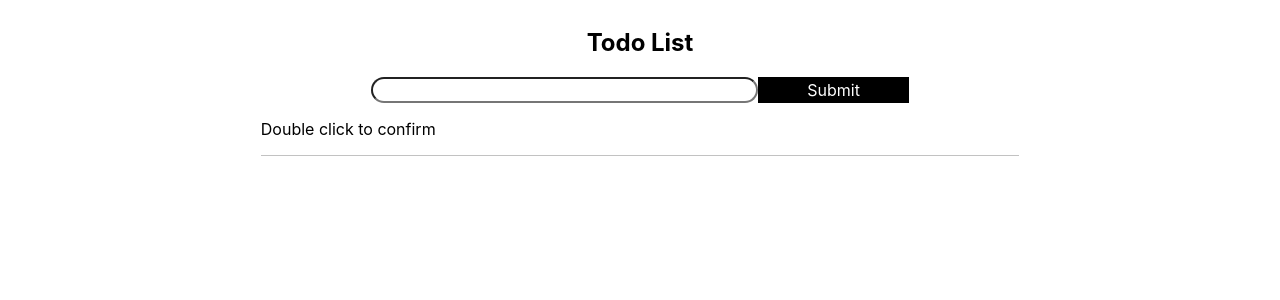
Repository: irenewuu/comp4130_checklist
Page: index.html
The author's editor kept a copy of each file at every save. The page is drawn from the files as they stood at one save, then again after the next save.
The browser window is 1280 px wide. The pictures show the whole page.

Above is the page before, as saved 2022-01-12 15:19:28.

After the next save:
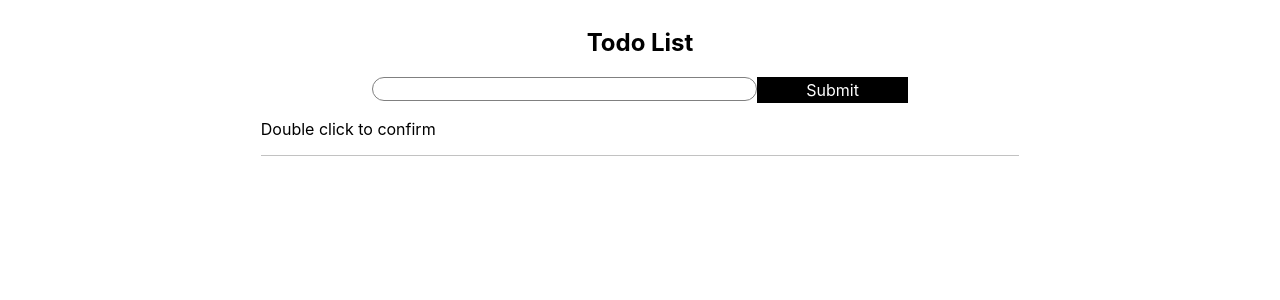
Saved 15 s later.
--- a/style.css
+++ b/style.css
@@ -25,6 +25,7 @@ form > span {
   width: 50%;
   height: 20px;
   border-radius: 15px;
+  border: 1px solid grey;
 }
 .btn {
   width: 20%;
